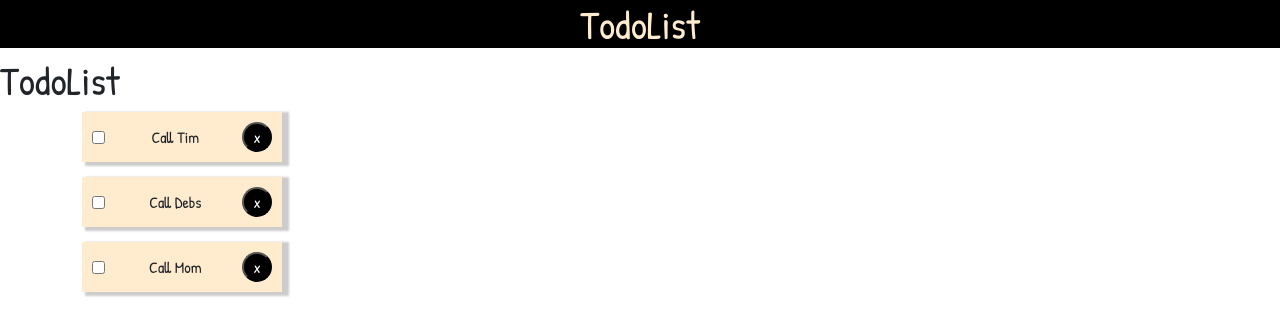
Repository: latenightsnacc/React-Projects
Page: /about (app in todolist/)
An editor plug-in stored every save of this project. The page is shown before and after the next save, followed by the edit.
The browser window is 1280 px wide. The pictures show the whole page.
The project was rebuilt for these pictures with package versions that can differ from the ones it lists, and the page was loaded fresh each time.

Above is the page before, as saved 2020-07-02 12:27:24.

After the next save:
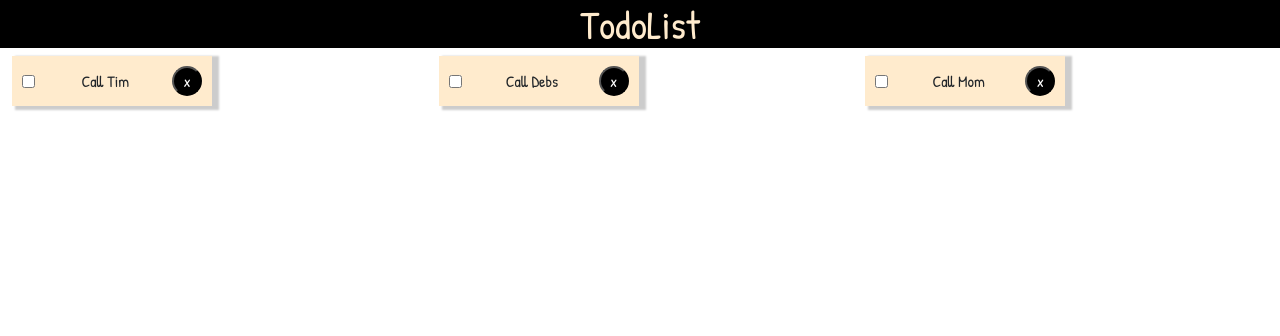
Saved 80 s later.
--- a/todolist/src/components/TodoList.js
+++ b/todolist/src/components/TodoList.js
@@ -6,8 +6,7 @@ class TodoList extends Component {
     render() {
         return (
             <>
-                <h1>TodoList</h1>
-                <div className="TodoList">
+                <div style={todoList}>
                     {
                         this.props.tasks.map(task => {
                             return <TodoItem key={task.id} task= {task} markComplete={this.props.markComplete} deleteTask= {this.props.deleteTask} />
@@ -19,6 +18,11 @@ class TodoList extends Component {
     }
 }
 
+const todoList = {
+    display: 'flex',
+    width: '100vw',
+    justifyContent: 'center'
+}
 // PropTypes
 TodoList.propTypes = {
     tasks: PropTypes.array.isRequired
